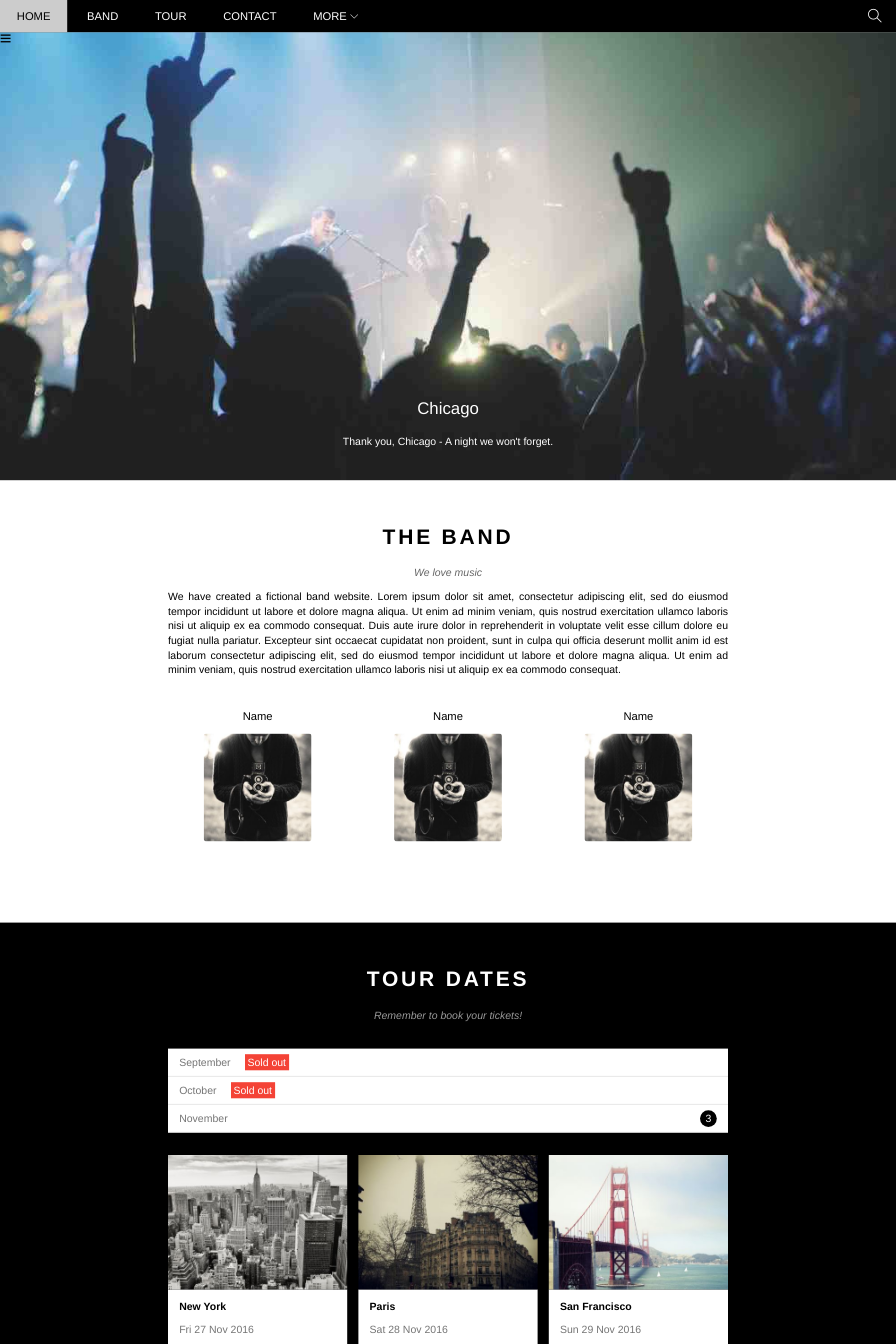
Repository: phongngotrong/w3school_reup
Page: index.html
An editor plug-in stored every save of this project. The page is shown before and after the next save, followed by the edit.
The browser window is 1280 px wide. The pictures show the part of the page from y = 0 to 1920 px (the page is 3497 px tall before and 3510 px after), at 70% of full size.

Above is the page before, as saved 2022-01-19 20:42:33.

### index.html
<!DOCTYPE html>
<html lang="en">
  <head>
    <meta charset="UTF-8" />
    <meta http-equiv="X-UA-Compatible" content="IE=edge" />
    <meta name="viewport" content="width=device-width, initial-scale=1.0" />
    <title>W3.CSS Template</title>
    <link rel="icon" href="https://play-lh.googleusercontent.com/i-ij7KM2pFUUpFE31QAUDXg5mzGFNbm16S4tjmg2ZyuhCGLgNJ8oXJRbq7ysh6LoZg" type="image/x-icon" />
    <link rel="stylesheet" href="./assets/css/style.css" />
    <link rel="stylesheet" href="./assets/css/responsive.css" />
    <link rel="stylesheet" href="./assets/fonts/themify-icons/themify-icons.css">
  </head>
  <body>
    <div id="main">
      <div id="header">
        <!--Begin: Nav-->
        <ul id="nav">
          <li><a href="#">Home</a></li>
          <li><a href="#band">Band</a></li>
          <li><a href="#tour">Tour</a></li>
          <li><a href="#contact">Contact</a></li>
          <li>
            <a href="#">
              More
              <i class="nav-arrow-down ti-angle-down"></i>
            </a>
            <ul class="subnav">
              <ul>
                <li><a href="#">Merchandise</a></li>
                <li><a href="#">Extras</a></li>
                <li><a href="#">Media</a></li>
              </ul>
            </ul>
          </li>
        </ul>
        <!--End: Nav-->

        <!--Begin: Search-->
        <div class="search-btn">
          <i class="search-icon ti-search"></i>
        </div>

        <div id="mobile-menu" class="mobile-menu-btn">
          <i class="menu-icon ti-menu"></i>
        </div>
        <!--End: Search-->
      </div>

      <div id="slider">
        <div class="text-content">
          <h2 class="text-heading">Chicago</h2>
          <div class="text-description">
            Thank you, Chicago - A night we won't forget.
          </div>
        </div>
      </div>

      <div id="content">
        <!--content section-->
        <div id="band" class="content-section">
          <h2 class="section-heading">THE BAND</h2>
          <p class="section-sub-heading">We love music</p>
          <p class="about-text">
            We have created a fictional band website. Lorem ipsum dolor sit
            amet, consectetur adipiscing elit, sed do eiusmod tempor incididunt
            ut labore et dolore magna aliqua. Ut enim ad minim veniam, quis
            nostrud exercitation ullamco laboris nisi ut aliquip ex ea commodo
            consequat. Duis aute irure dolor in reprehenderit in voluptate velit
            esse cillum dolore eu fugiat nulla pariatur. Excepteur sint occaecat
            cupidatat non proident, sunt in culpa qui officia deserunt mollit
            anim id est laborum consectetur adipiscing elit, sed do eiusmod
            tempor incididunt ut labore et dolore magna aliqua. Ut enim ad minim
            veniam, quis nostrud exercitation ullamco laboris nisi ut aliquip ex
            ea commodo consequat.
          </p>
          <div class="row list-member">
            <!--member1-->
            <div class="col col-third text-center">
              <p class="member-name">Name</p>
              <img
                src="./assets/img/member.jpg"
                alt="Name"
                class="avt-member"
              />
            </div>

            <!--member2-->
            <div class="col col-third text-center">
              <div class="member-name">Name</div>
              <img
                src="./assets/img/member.jpg"
                alt="Name"
                class="avt-member"
              />
            </div>
            <!--member3-->

            <div class="col col-third text-center">
              <div class="member-name">Name</div>
              <img
                src="./assets/img/member.jpg"
                alt="Name"
                class="avt-member"
              />
            </div>
            <!-- <div class="clear"></div> -->
          </div>
        </div>
        <!--tour section-->
        <div id="tour" class="tour-section">
          <div class="content-section">
            <h2 class="section-heading text-white">TOUR DATES</h2>
            <p class="section-sub-heading text-white">
              Remember to book your tickets!
            </p>
            <!-- tickets -->
            <ul class="tickets-list">
              <li>September <span class="sold-out">Sold out</span></li>
              <li>October <span class="sold-out">Sold out</span></li>
              <li>November <span class="quantity">3</span></li>
            </ul>
            <div class="row places-list">
              <!-- place1 -->
              <div class="col col-third">
                <img
                  src="./assets/img/newyork.jpg"
                  alt="New York"
                  class="place-img"
                />
                <div class="places-body">
                  <h3 class="places-heading">New York</h3>
                  <p class="places-time">Fri 27 Nov 2016</p>
                  <p class="place-description">
                    Praesent tincidunt sed tellus ut rutrum sed vitae justo.
                  </p>
                  <button class="btn js-buy-ticket">Buy Tickets</button>
                </div>
              </div>
              <!-- place2 -->

              <div class="col col-third">
                <img
                  src="./assets/img/paris.jpg"
                  alt="New York"
                  class="place-img"
                />
                <div class="places-body">
                  <h3 class="places-heading">Paris</h3>
                  <p class="places-time">Sat 28 Nov 2016</p>
                  <p class="place-description">
                    Praesent tincidunt sed tellus ut rutrum sed vitae justo.
                  </p>
                  <button class="btn js-buy-ticket">Buy Tickets</button>
                </div>
              </div>
              <!-- place3 -->

              <div class="col col-third">
                <img
                  src="./assets/img/sanfran.jpg"
                  alt="New York"
                  class="place-img"
                />
                <div class="places-body">
                  <h3 class="places-heading">San Francisco</h3>
                  <p class="places-time">Sun 29 Nov 2016</p>
                  <p class="place-description">
                    Praesent tincidunt sed tellus ut rutrum sed vitae justo.
                  </p>
                  <button class="btn js-buy-ticket">Buy Tickets</button>
                </div>
              </div>
              <!-- <div class="clear"></div> -->
            </div>
          </div>
        </div>

        <!-- Begin: contact section-->
        <div id="contact" class="content-section">
          <h2 class="section-heading">CONTACT</h2>
          <p class="section-sub-heading">Fan? Drop a note!</p>

          <div class="row contact-content">
            <div class="col col-half contact-info">
              <p><i class="ti-location-pin"></i>Chicago, US</p>
              <p><i class="ti-mobile"></i>Phone: +00 151515</p>
              <p><i class="ti-email"></i>Email: mail@mail.com</p>
            </div>
            <div class="col col-half contact-form">
              <form action="">
                <div class="row">
                  <div class="col col-half">
                      <input type="text" name="" required placeholder="Name" id="" class="form-control">
                  </div>
                  <div class="col col-half">
                    <input type="email" name="" required placeholder="Email" id="" class="form-control">
                </div>
                </div>
                <div class="row mt-8">
                  <div class="col col-full">
                    <input type="text" name="" required placeholder="Message" id="" class="form-control">
                </div>
                </div>
                <input class="btn pull-right mt-16" type="submit" value="SEND">
              </form>
            </div>
          </div>
        </div>
        <!-- End: contact section-->
        <div class="map-section">
          <img src="./assets/img/map.jpg" alt="Map">
        </div>
      </div>

      <div id="footer">
        <div class="social-list">
          <a href=""><i class="ti-facebook"></i></a>
          <a href=""><i class="ti-instagram"></i></a>
          <a href=""><i class="ti-github"></i></a>
          <a href=""><i class="ti-pinterest"></i></a>
          <a href=""><i class="ti-twitter-alt"></i></a>
          <a href=""><i class="ti-linkedin"></i></a>
        </div>
        <div class="Copyright">Powered by <a href="">w3.css</a></div>
      </div>
    </div>

    <div class="modal js-modal">
      <div class="modal-container js-modal-container">
        <div class="modal-close js-modal-close">
          <i class="ti-close"></i>
        </div>
        <header class="modal-header">
          <i class="icon-ti-bag-header ti-bag"></i>
          Tickets
        </header>

        <div class="modal-body">
          <label for="tickets-quantity" class="modal-label">
            <i class="ti-shopping-cart"></i>
            Tickets, $15 per person
          </label>
          <input
            id="tickets-quantity"
            type="text"
            class="modal-input"
            placeholder="How many?"
          />

          <label for="tickets-email" class="modal-label">
            <i class="ti-user"></i>
            Send To
          </label>
          <input
            id="tickets-email"
            type="email"
            class="modal-input"
            placeholder="Enter email "
          />

          <button id="buy-tickets">
            PAY<i class="icon-ti-check-footer ti-check"></i>
          </button>
        </div>

        <footer class="modal-footer">
          <p class="modal-help">Need <a href="">help?</a></p>
        </footer>
      </div>
    </div>

    <script>
      const buyBtns = document.querySelectorAll('.js-buy-ticket')
      const modal = document.querySelector('.js-modal')
      const modalContainer = document.querySelector('.js-modal-container')
      const modalClose = document.querySelector('.js-modal-close')

      // hàm hiển thị modal mua vé(thêm class open vào modal)
      function showBuyTickets() {
        modal.classList.add('open')
      }

      // hàm ẩn modal mua vé(gỡ bỏ class open của modal)
      function hideBuyTickets() {
        modal.classList.remove('open')
      }

      // lặp qua từng thẻ button và nghe hành vi click
      for(const buyBtn of buyBtns) {
        buyBtn.addEventListener('click', showBuyTickets)
      }

      // nghe hành vi click vào button close
      modalClose.addEventListener('click', hideBuyTickets)

      modal.addEventListener('click', hideBuyTickets)

      modalContainer.addEventListener('click', function(event){
        event.stopPropagation()
      })

    </script>

    <script>
      var header = document.getElementById('header');
      var mobileMenu = document.getElementById('mobile-menu');
      var headerHeight = header.clientHeight;

      // Đóng/mở mobile menu
      mobileMenu.onclick = function() {
        var isClosed = header.clientHeight === headerHeight;
        if(isClosed) {
          header.style.height = 'auto';
        } else {
          header.style.height = null;
        }
      }

      // Tự động đóng khi chọn menu
      var menuItems = document.querySelectorAll('#nav li a[href*="#"]');
      for(var i=0; i<menuItems.length; i++) {
        var menuItem = menuItems[i];
        menuItem.onclick = function() {
          header.style.height = null;
        }
      }

    </script>
  </body>
</html>

### assets/css/style.css
/* Reset CSS */

* {
  padding: 0;
  margin: 0;
  box-sizing: border-box;
}

html {
  font-family: Helvetica, Arial, sans-serif;
  scroll-behavior: smooth;
}
/*
  -Từ trên xuống dưới
  -Từ ngoài vào trong
  -Tổng quan đến chi tiết
  */

/*
  1. Vi tri
  2. Kich thuoc
  3. Mau sac
  4. Kieu dang (kieu chu, hinh tron, vuong...)
  */

/* Common */
.text-center {
  text-align: center !important;
}

.row {
  margin-left: -8px;
  margin-right: -8px;
}

/* Tạo element giả */
.row::after {
  content: "";
  display: block;
  clear: both;
}
/*.................*/

.col {
  float: left;
  padding-left: 8px;
  padding-right: 8px;
}

.col-full {
  width: 100%;
}

.col-half {
  width: 50%;
}

.col-third {
  width: 33.33333%;
}

.pull-right {
  float: right;
}

.btn {
  background-color: #000;
  color: #fff;
  text-decoration: none;
  display: inline-block;
  padding: 11px 16px;
  margin-top: 15px;
  padding-top: 16px;
  cursor: pointer;
  border: none;
}

.btn:hover {
  background-color: #ccc;
  color: #000;
}

.mt-8 {
  margin-top: 8px !important;
}

.mt-16 {
  margin-top: 16px !important;
}

.clear {
  clear: both;
}

/* .row::after {
    clear: both;
    display: block;
    content: "";
  } */

.text-white {
  color: #fff !important;
}

/* Main */
#main {
}

#header {
  position: fixed;
  top: 0;
  left: 0;
  right: 0;
  height: 46px;
  background-color: #000;
  z-index: 1;
}

#nav {
  display: inline-block;
}

li {
  list-style-type: none;
}

#nav > li {
  display: inline-block;
}

#nav li {
  position: relative;
}

#nav > li > a {
  color: #fff;
  text-transform: uppercase;
}

#nav li a {
  text-decoration: none;
  line-height: 46px;
  padding: 0 24px;
  display: block;
}

#nav li:hover .subnav {
  display: block;
}

#nav > li:hover > a,
#nav .subnav li:hover a {
  color: #000;
  background-color: #ccc;
}

#nav .subnav {
  display: none;
  min-width: 160px;
  position: absolute;
  background-color: #fff;
  box-shadow: 0 0 10px rgba(0, 0, 0, 0.3);
}

#nav .subnav a {
  color: #000;
  padding: 0 12px;
  line-height: 38px;
}

#nav .nav-arrow-down {
  font-size: 12px;
}

#header .search-btn {
  float: right;
  padding: 0 20px;
  cursor: pointer;
}

#header .search-btn:hover {
  background-color: #f44336;
}

#header .search-icon {
  color: #fff;
  font-size: 20px;
  line-height: 46px;
}

#slider {
  position: relative;
  margin-top: 46px;
  padding-top: 50%;
  background: url("/assets/img/slider.jpg") top center / cover no-repeat;
}

#slider .text-content {
  position: absolute;
  bottom: 47px;
  color: #fff;
  width: 100%;
  text-align: center;
}

#slider .text-heading {
  font-weight: 500;
  font-size: 24px;
}

#slider .text-description {
  font-size: 15px;
  margin-top: 25px;
}

#content {
}

#content .content-section {
  width: 800px;
  padding: 64px 0 112px;
  margin-right: auto;
  margin-left: auto;
}

#content .section-heading {
  text-align: center;
  font-size: 30px;
  letter-spacing: 4px;
}

#content .section-sub-heading {
  font-size: 15px;
  text-align: center;
  margin-top: 25px;
  font-style: italic;
  opacity: 0.6;
}

#content .about-text {
  font-size: 15px;
  margin-top: 15px;
  text-align: justify;
  line-height: 1.4;
}

#content .member-name {
  font-size: 16px;
}

#content .list-member {
  margin-top: 48px;
  /* margin-bottom: 48px;
    overflow: hidden;  */
}

/* #content .item-member {
    float: left;
    width: 33.33333%;
    text-align: center;
  } */

#content .avt-member {
  margin-top: 15px;
  width: 154px;
  border-radius: 4px;
}

/* tour section */
.tour-section {
  background-color: #000;
}
.tickets-list {
  background-color: #fff;
  margin-top: 40px;
  list-style: none;
}

.tickets-list li {
  color: #757575;
  font-size: 15px;
  padding: 11px 16px;
  border-bottom: 1px solid #ddd;
}

.tickets-list .sold-out {
  background-color: #f44336;
  color: #fff;
  padding: 3px 4px;
  margin-left: 16px;
}

.tickets-list .quantity {
  float: right;
  width: 24px;
  height: 24px;
  background-color: #000;
  color: #fff;
  border-radius: 50%;
  line-height: 24px;
  text-align: center;
  margin-top: -3px;
}

/* Places */
.places-list {
  margin-top: 32px;
}

/* .places-item {
    float: left;
    width: 33.33333%;
    padding: 0 8px;
  } */

.place-img {
  width: 100%;
  display: block;
}

.place-img:hover {
  opacity: 0.6;
}

.places-body {
  padding: 16px;
  font-size: 15px;
  background-color: #fff;
}

.places-heading {
  font-size: 15px;
}

.places-time {
  padding-top: 15px;
  color: #757575;
}

.place-description {
  padding-top: 15px;
  line-height: 1.4;
}

.modal {
  position: fixed;
  top: 0;
  bottom: 0;
  right: 0;
  left: 0;
  background-color: rgba(0, 0, 0, 0.4);
  display: none;
  align-items: center;
  justify-content: center;
}

.modal.open {
  display: flex;
}

.modal-container {
  background-color: #fff;
  width: 900px;
  min-height: 200px;
  position: relative;
  max-width: calc(100% -32px);
  animation: modalFadeIn ease 0.4s;
}

.modal-header {
  background-color: #009688;
  color: #fff;
  height: 130px;
  font-size: 30px;
  display: flex;
  align-items: center;
  justify-content: center;
  letter-spacing: 4px;
}

.modal-close:hover {
  background-color: #ccc;
  color: #000;
}

.modal-close {
  position: absolute;
  right: 0;
  top: 0;
  padding: 16px;
  font-size: 12px;
  color: #fff;
  cursor: pointer;
}

.icon-ti-bag-header {
  margin-right: 16px;
}

.modal-body {
  padding: 16px;
}

.modal-label {
  display: block;
  font-size: 15px;
  margin-bottom: 12px;
}

.modal-input {
  border: 1px solid #ccc;
  width: 100%;
  padding: 10px;
  font-size: 15px;
  margin-bottom: 24px;
}

#buy-tickets:hover {
  background-color: #ccc;
  color: #000;
}

#buy-tickets {
  background-color: #009688;
  width: 100%;
  padding: 18px;
  color: #fff;
  border: none;
  text-transform: uppercase;
  font-size: 15px;
  cursor: pointer;
}

.modal-footer {
  padding: 16px;
  text-align: right;
}

.modal-footer a {
  color: #2196f3;
}

/* Contact */
.contact-content {
  margin-top: 48px;
}

.contact-info {
  font-size: 18px;
  line-height: 1.5;
}

.contact-info i[class*="ti-"] {
  width: 30px;
  display: inline-block;
}

.contact-form {
  font-size: 15px;
}

.contact-form .form-control {
  padding: 10px;
  border: 1px solid #ccc;
  width: 100%;
}

/* .contact-form .form-submit-btn {
  background: #000;
  color: #fff;
  border: 1px solid #000;
  padding: 10px 16px;
  float: right;
} */

/* .form-submit-btn:hover {
  background: #ccc;
  color: #000;
  border: none;
  cursor: pointer;
} */

/* Map section */
.map-section img {
  width: 100%;
  filter: grayscale(50%);
}

/* footer section */

#footer {
  padding: 64px 16px;
  text-align: center;
}

#footer .social-list {
  font-size: 20px;
}

#footer .Copyright {
  font-size: 15px;
  margin-top: 15px;
  color: rgba(0, 0, 0, 0.6);
}

#footer .Copyright a {
  color: rgba(0, 0, 0, 0.6);
}

#footer .social-list a {
  color: rgba(0, 0, 0, 0.6);
  text-decoration: none;
}

#footer .social-list a:hover {
  color: rgba(0, 0, 0, 0.4);
}

/* Tạo hoạt ảnh  */
@keyframes modalFadeIn {
  from {
    opacity: 0;
    transform: translateY(-140px);
  }
  to {
    opacity: 1;
    transform: translateY(0);
  }
}

### assets/css/responsive.css
/* Tablet: width >= 740px and < 1024px */
@media only screen and (min-width: 46.25em) and (max-width: 63.9375em) {
}

/* PC: width >= 1024px */
@media only screen and (min-width: 64em) {
}

/* Mobile: width < 740px */
@media only screen and (max-width: 46.1875em) {
  #nav {
    display: block;
  }

  #nav > li {
    display: block;
    margin-bottom: 16px;
    margin-top: -16px;
  }

  #nav > li:first-child {
    display: inline-block;
  }

  #header .search-btn {
    display: none;
  }

  #header .mobile-menu-btn {
    display: block;
  }
}

Loaded but not shown: assets/fonts/themify-icons/themify-icons.css (common file)

After the next save:
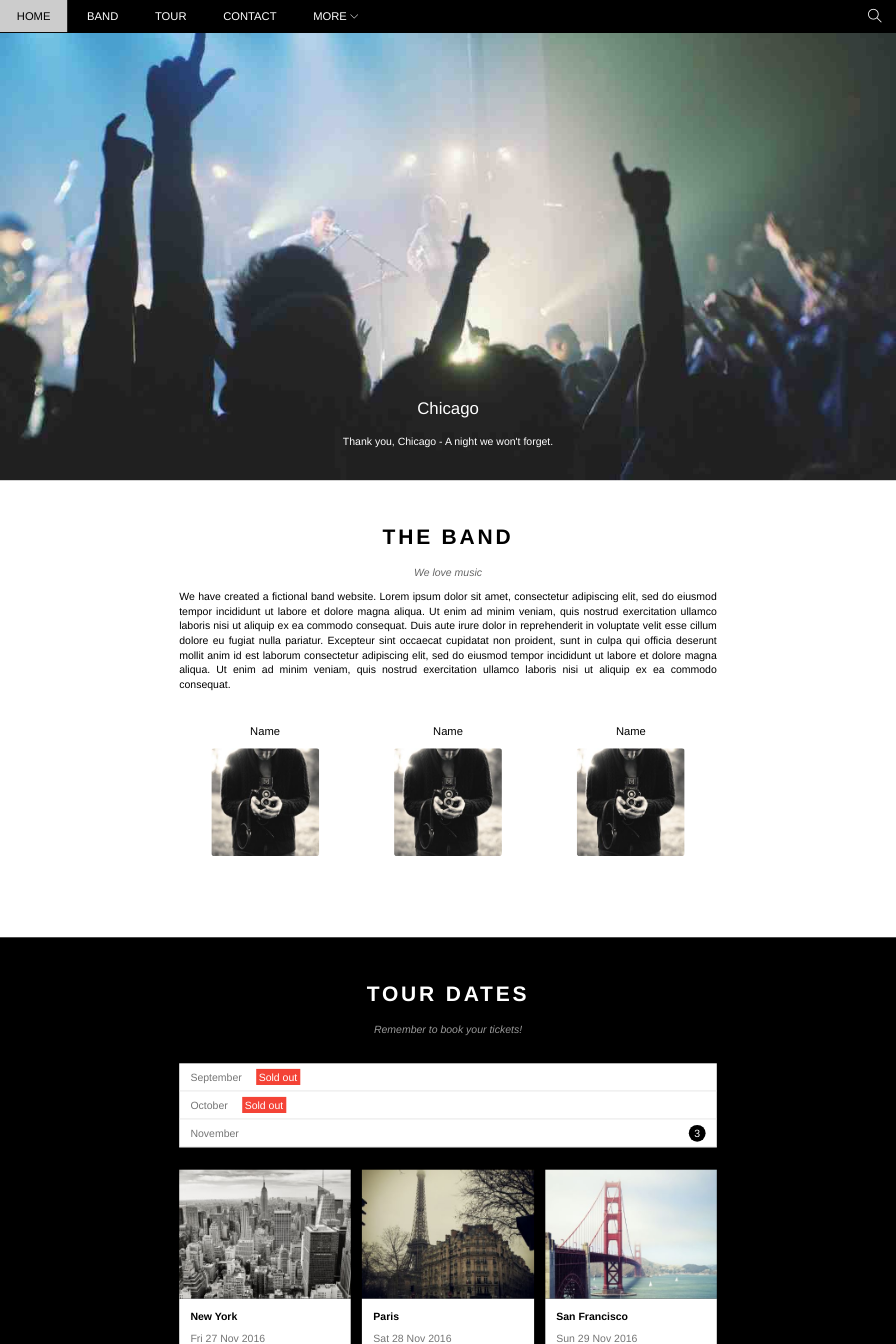
Saved 5 min 59 s later.
--- a/assets/css/style.css
+++ b/assets/css/style.css
@@ -114,6 +114,7 @@
   height: 46px;
   background-color: #000;
   z-index: 1;
+  overflow: hidden;
 }
 
 #nav {
@@ -172,16 +173,37 @@
   font-size: 12px;
 }
 
+#header .mobile-menu-btn {
+  position: absolute;
+  top: 0;
+  right: 0;
+  display: none;
+}
+
+#header .mobile-menu-btn,
 #header .search-btn {
   float: right;
   padding: 0 20px;
+}
+
+#header .mobile-menu-btn .menu-icon {
+  font-size: 16px;
+}
+
+#header .mobile-menu-btn:hover {
+  background-color: #ccc;
+}
+
+#header .mobile-menu-btn:hover .menu-icon {
+  color: #000;
+}
+
+#header .search-btn:hover {
   cursor: pointer;
-}
-
-#header .search-btn:hover {
   background-color: #f44336;
 }
 
+#header .menu-icon,
 #header .search-icon {
   color: #fff;
   font-size: 20px;
@@ -218,9 +240,12 @@
 
 #content .content-section {
   width: 800px;
+  max-width: 100%;
   padding: 64px 0 112px;
   margin-right: auto;
   margin-left: auto;
+  padding-left: 16px;
+  padding-right: 16px;
 }
 
 #content .section-heading {
